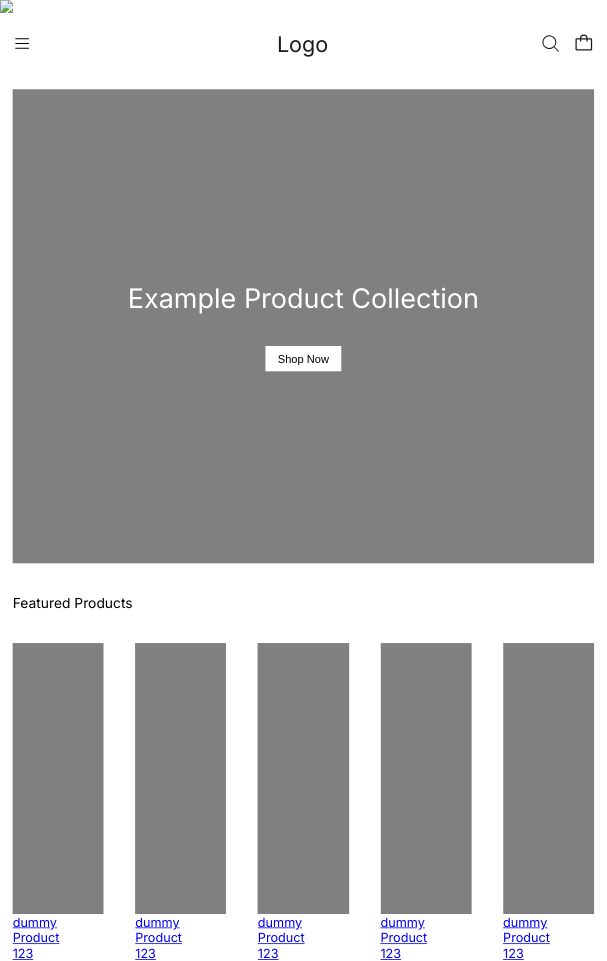
Repository: David-Waite/ecommercefrontendTemplate
Page: /
The author's editor kept a copy of each file at every save. The page is drawn from the files as they stood at one save, then again after the next save.
The browser window is 768 px wide. The pictures show the whole page, at 79% of full size.
The project was rebuilt for these pictures with package versions that can differ from the ones it lists, and the page was loaded fresh each time. The framework's server and built-in components were replaced by stand-ins that run in the browser. Also part of the build but not shown: next.config.js.

Above is the page before, as saved 2023-08-24 19:54:08.

### app/layout.js
import Nav from "./Components/Nav/Nav";
import "./globals.css";
import { Inter } from "next/font/google";

const inter = Inter({ subsets: ["latin"] });

export const metadata = {
  title: "Create Next App",
  description: "Generated by create next app",
};

export default function RootLayout({ children }) {
  return (
    <html lang="en">
      <body className={inter.className}>
        <Nav />
        {children}
      </body>
    </html>
  );
}

### app/page.js
import Image from "next/image";
import styles from "./page.module.css";
import Link from "next/link";
import PrimaryButton from "./Components/UI/PrimaryButton/PrimaryButton";
import ProductGrid from "./Components/UI/ProductsGrid/ProductGrid";
import ProductCard from "./Components/UI/ProductCard/ProductCard";

export default function Home() {
  const DUMMYFEATUREDPRODUCTS = [
    {
      id: "1",
      image: "",
      name: "dummy Product",
      price: 123.0,
    },
    {
      id: "2",
      image: "",
      name: "dummy Product",
      price: 123.0,
    },
    {
      id: "3",
      image: "",
      name: "dummy Product",
      price: 123.0,
    },
    {
      id: "4",
      image: "",
      name: "dummy Product",
      price: 123.0,
    },
    {
      id: "5",
      image: "",
      name: "dummy Product",
      price: 123.0,
    },
  ];

  const featuredProducts = DUMMYFEATUREDPRODUCTS.map(
    ({ id, image, name, price }) => {
      return (
        <ProductCard key={id} image={image} name={name} price={price} id={id} />
      );
    }
  );
  return (
    <main className={styles.main}>
      <div className={styles.heroImage}>
        <h1>Example Product Collection</h1>
        <Link href={"#"}>
          <PrimaryButton text={"Shop Now"} />
        </Link>
      </div>

      <h2 className={styles.featuredProductHeading}>Featured Products</h2>
      <ProductGrid>{featuredProducts}</ProductGrid>
    </main>
  );
}

### app/Components/Nav/Nav.js
"use client";
import Link from "next/link";
import { useState } from "react";
import {
  PiMagnifyingGlassLight,
  PiBag,
  PiListLight,
  PiXLight,
} from "react-icons/pi";
import styles from "./Nav.module.css";

export default function Nav() {
  const [navOpen, setNavOpen] = useState(false);

  function toggleMenu() {
    setNavOpen((prev) => !prev);
  }
  return (
    <nav className={styles.nav}>
      <div className={styles.menu} onClick={toggleMenu}>
        {!navOpen && <PiListLight fontSize={24} />}
        {navOpen && <PiXLight fontSize={24} />}
      </div>

      <div className={styles.moblieMenu} style={{ width: !navOpen && "0" }}>
        <Link href="/">Home</Link>
        <Link href="#">Catalog</Link>
        <Link href="#">Contact</Link>
      </div>
      <div className={styles.linksContainer}>
        <Link className={styles.logo} href="/">
          Logo
        </Link>
        <div className={styles.pagesContainer}>
          <Link href="/">Home</Link>
          <Link href="#">Catalog</Link>
          <Link href="#">Contact</Link>
        </div>
      </div>
      <div className={styles.iconsContainer}>
        <Link href="#">
          <PiMagnifyingGlassLight fontSize={26} />
        </Link>
        <Link href="#">
          <PiBag fontSize={26} />
        </Link>
      </div>
    </nav>
  );
}

### app/globals.css
:root {
  --primary: ;
  --black: #191d1b;
  --background: #ffffff;
  --white: #ffffff;
  --grey: #606060;
  --hoverGrey: #c5c5c5;
  --error: #a83c23;
  --max-width: 1500px;
  --fontBase: 17.5px;
  --fontPlus1: 21.88px;
  --fontPlus2: 27.34px;
  --fontPlus3: 34.18px;
  --fontMinus1: 14px;
  --fontMinus2: 11.2px;
  --marginMax: 40px;
  --margin1000: 32px;
  --marginMobile: 16px;
}

* {
  padding: 0;
  margin: 0;
  box-sizing: border-box;
}

### app/page.module.css
.main {
  margin: 0px auto;
  padding: 0px 40px;
  max-width: calc(var(--max-width) + 80px);
}
.heroImage {
  width: 100%;
  height: 600px;
  background-color: grey;
  display: flex;
  gap: 40px;
  flex-direction: column;
  align-items: center;
  justify-content: center;
}

.heroImage h1 {
  font-size: var(--fontPlus3);
  font-weight: 400;
  color: white;
}

.featuredProductHeading {
  margin: 40px 0;
  font-size: var(--fontBase);
  font-weight: 400;
}

@media (max-width: 1000px) {
  .main {
    padding: 0px var(--margin1000);
  }
}
@media (max-width: 768px) {
  .main {
    padding: 0px var(--marginMobile);
  }
}

### app/Components/UI/PrimaryButton/PrimaryButton.js
import Link from "next/link";
import styles from "./PrimaryButton.module.css";

export default function PrimaryButton({ text }) {
  return <button className={styles.container}>{text}</button>;
}

### app/Components/UI/ProductsGrid/ProductGrid.js
import styles from "./ProductGrid.module.css";
export default function ProductGrid({ children }) {
  return <div className={styles.main}>{children}</div>;
}

### app/Components/UI/ProductCard/ProductCard.js
import Image from "next/image";
import Link from "next/link";
import styles from "./ProductCard.module.css";

export default function ProductCard({ image, name, price, id }) {
  return (
    <Link href={`/catalog/product${id}`}>
      <div className={styles.imageContainer}>
        <Image src={image} fill={true} alt={name} />
      </div>
      <p className={styles.name}>{name}</p>
      <p className={styles.price}>{price}</p>
    </Link>
  );
}

### app/Components/Nav/Nav.module.css
.nav {
  display: flex;
  align-items: center;
  justify-content: space-between;
  margin: 0px auto;
  padding: 40px;
  max-width: calc(var(--max-width) + 80px);
  position: relative;
}

.linksContainer {
  display: flex;
  align-items: center;
  justify-content: center;
  gap: 40px;
}

.pagesContainer {
  display: flex;
  gap: 24px;
}

.pagesContainer {
  font-size: var(--fontMinus1);
}

.iconsContainer {
  display: flex;
  gap: 16px;
}
.nav a {
  text-decoration: none;
  color: var(--black);
}

.logo {
  font-size: var(--fontPlus2);
}
.moblieMenu {
  position: absolute;
  flex-direction: column;
  width: 400px;
  left: 0;
  top: 113px;
  height: calc(100vh - 113px);
  transition: 0.3s;
  overflow: hidden;
}
.moblieMenu a {
  padding: 16px 32px;
}

.moblieMenu a:hover {
  background-color: var(--hoverGrey);
}
.menu,
.moblieMenu {
  display: none;
}
@media (max-width: 1000px) {
  .nav {
    padding: 40px var(--margin1000);
  }
  .pagesContainer {
    display: none;
  }
  .menu {
    display: block;
  }
  .moblieMenu {
    display: flex;
  }
  .logo {
    margin-left: 42px;
  }
}
@media (max-width: 768px) {
  .nav {
    padding: 40px var(--marginMobile);
  }
  .moblieMenu {
    width: 90vw;
  }
}

### app/Components/UI/PrimaryButton/PrimaryButton.module.css
.container {
  background-color: white;
  padding: 8px 16px;
  border: none;
  cursor: pointer;
  font-size: var(--fontMinus1);
}

.container:hover {
  background-color: var(--hoverGrey);
}

### app/Components/UI/ProductsGrid/ProductGrid.module.css
.main {
  display: grid;
  grid-template-columns: repeat(5, 1fr);
  gap: 40px;
}

@media (max-width: 1200px) {
  .container {
    grid-template-columns: repeat(4, 1fr);
  }
}

@media (max-width: 1100px) {
  .container {
    grid-template-columns: repeat(3, 1fr);
  }
}

@media (max-width: 778px) {
  .container {
    grid-template-columns: repeat(2, 1fr);
    gap: 8px;
  }
}

### app/Components/UI/ProductCard/ProductCard.module.css
.imageContainer {
  height: calc((((100vw - 200px) / 6) / 3) * 3);
  /* (total view width / amount of padding total (container + total gap)) / amount of col - 3 * 2) */
  background-color: grey;
}

@media (max-width: 1600px) {
  .imageContainer {
    height: calc((((100vw - 118px) / 5) / 3) * 3);
    /* (total view width / amount of padding total (container + total gap)) / amount of col - 3 * 2) */
  }
}

@media (max-width: 1200px) {
  .imageContainer {
    height: calc((((100vw - 102px) / 4) / 3) * 3);
    /* (total view width / amount of padding total (container + total gap)) / amount of col - 3 * 2) */
  }
}

@media (max-width: 1100px) {
  .imageContainer {
    height: calc((((100vw - 186px) / 3) / 3) * 3);
    /* (total view width / amount of padding total (container + total gap)) / amount of col - 3 * 2) */
  }
}

@media (max-width: 778px) {
  .imageContainer {
    height: calc((((100vw - 82px) / 2) / 3) * 3);

    /* (total view width / amount of padding total (container + total gap)) / amount of col - 3 * 2) */
  }
}

After the next save:
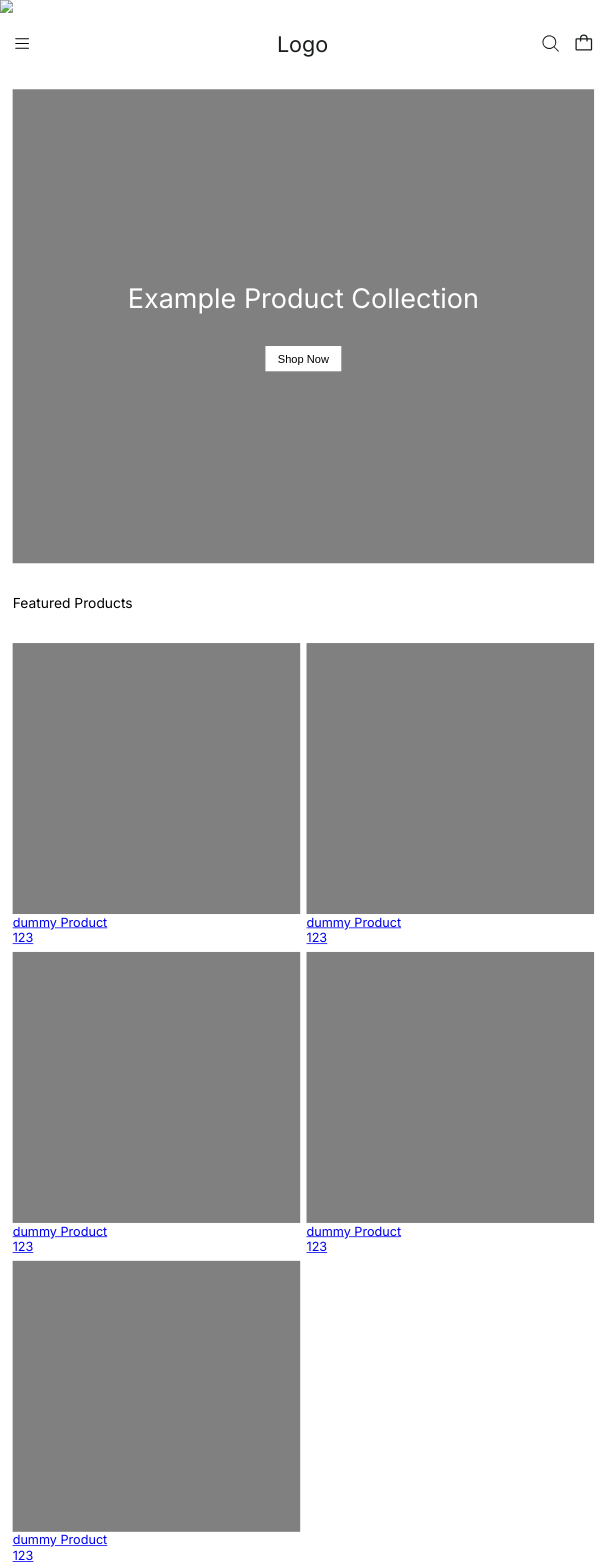
Saved 9 s later.
--- a/app/Components/UI/ProductsGrid/ProductGrid.module.css
+++ b/app/Components/UI/ProductsGrid/ProductGrid.module.css
@@ -5,19 +5,19 @@
 }
 
 @media (max-width: 1200px) {
-  .container {
+  .main {
     grid-template-columns: repeat(4, 1fr);
   }
 }
 
 @media (max-width: 1100px) {
-  .container {
+  .main {
     grid-template-columns: repeat(3, 1fr);
   }
 }
 
 @media (max-width: 778px) {
-  .container {
+  .main {
     grid-template-columns: repeat(2, 1fr);
     gap: 8px;
   }
